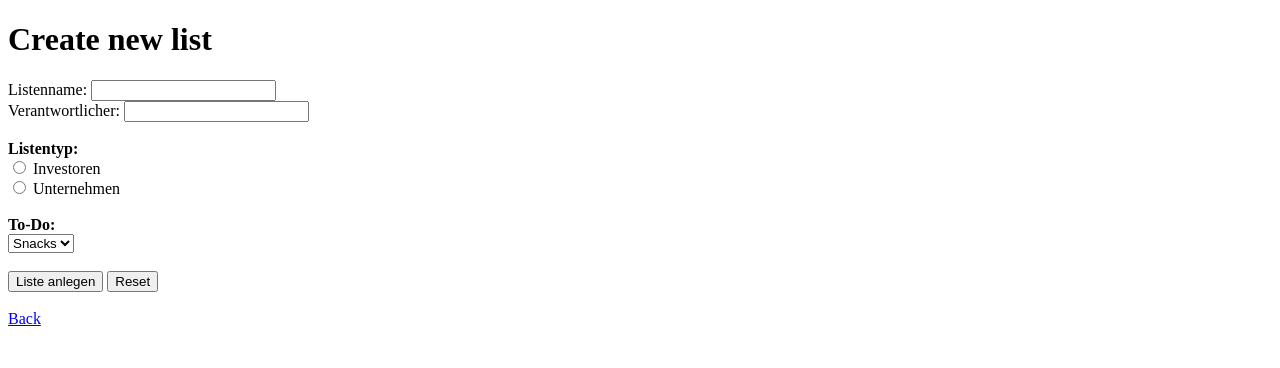
Repository: leloq/project.github.io
Page: create.html
The author's editor kept a record of every edit. The page is drawn from the files as they stood at one moment, then again after the next edit.
The browser window is 1280 px wide. The pictures show the whole page.

Above is the page before.

### create.html
<!DOCTYPE html>
<html>
<head>
<meta charset="utf-8" />
<title>Create New List</title>
</head>
<body>
    <h1>Create new list</h1>
    <form>
        Listenname:  <input type="text"> <br>
        Verantwortlicher:  <input type="text" required><br><br>
        <strong>Listentyp:</strong> <br><input type="radio" name="listentyp"> Investoren <br>
        <input type="radio" name="listentyp"> Unternehmen <br>
        <br>

        <strong>To-Do:</strong><br>
        <select>
            <option>Snacks</option>
            <option>Cracks</option>
        </select>

        <br><br>

        <input type="submit" value="Liste anlegen">
        <input type="reset">
    </form>

<br>

<a href="start.html">Back</a>

</body>
</html>

After the next edit:
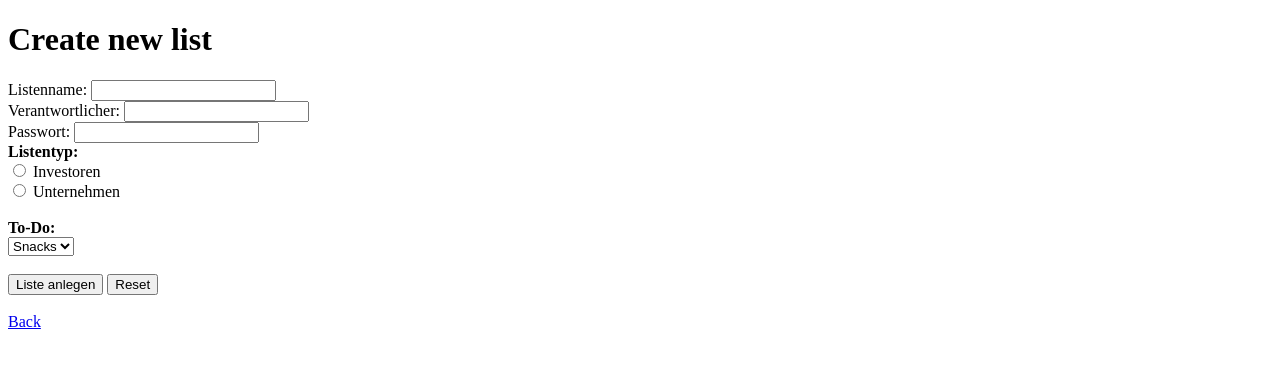
The edit:
--- a/create.html
+++ b/create.html
@@ -8,7 +8,8 @@
     <h1>Create new list</h1>
     <form>
         Listenname:  <input type="text"> <br>
-        Verantwortlicher:  <input type="text" required><br><br>
+        Verantwortlicher:  <input type="text" required><br>
+        Passwort:  <input type="password" min="5"> <br>
         <strong>Listentyp:</strong> <br><input type="radio" name="listentyp"> Investoren <br>
         <input type="radio" name="listentyp"> Unternehmen <br>
         <br>
